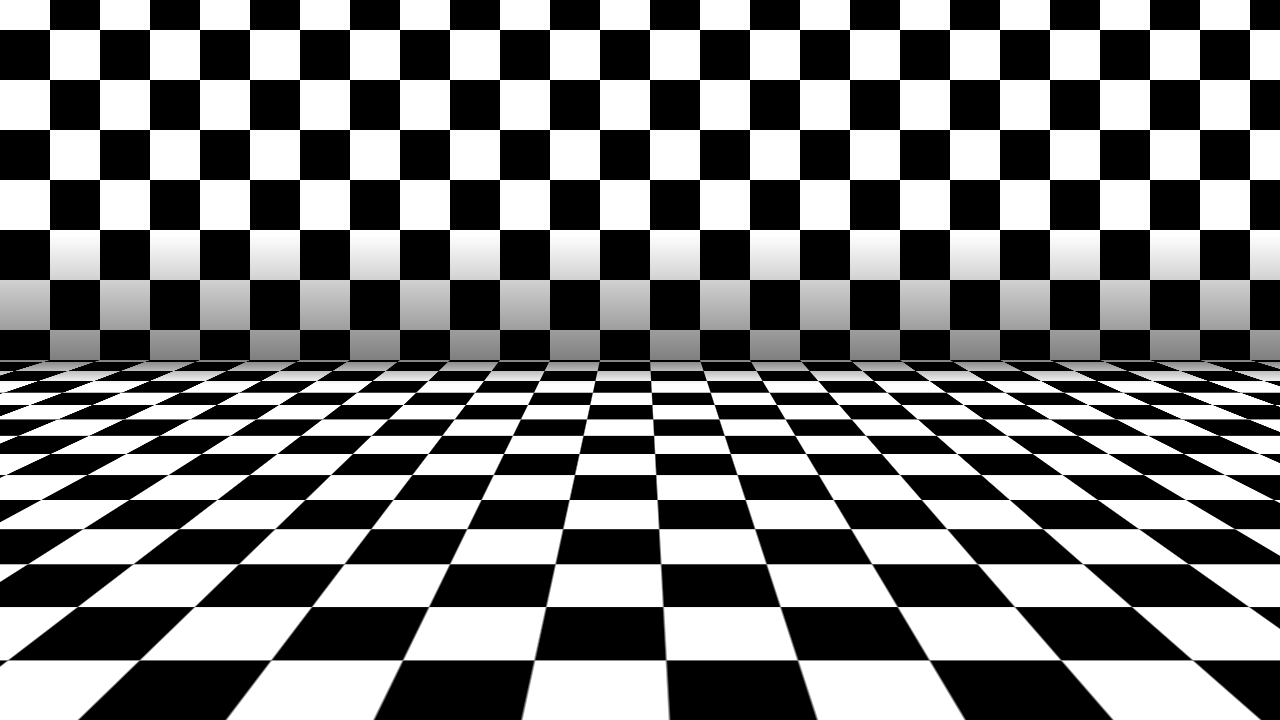
Repository: atwesson/portfoilo
Page: index.html
The author's editor kept a copy of each file at every save. The page is drawn from the files as they stood at one save, then again after the next save.
The browser window is 1280 px wide. The pictures show the whole page.

Above is the page before, as saved 2021-11-17 10:26:03.

After the next save:
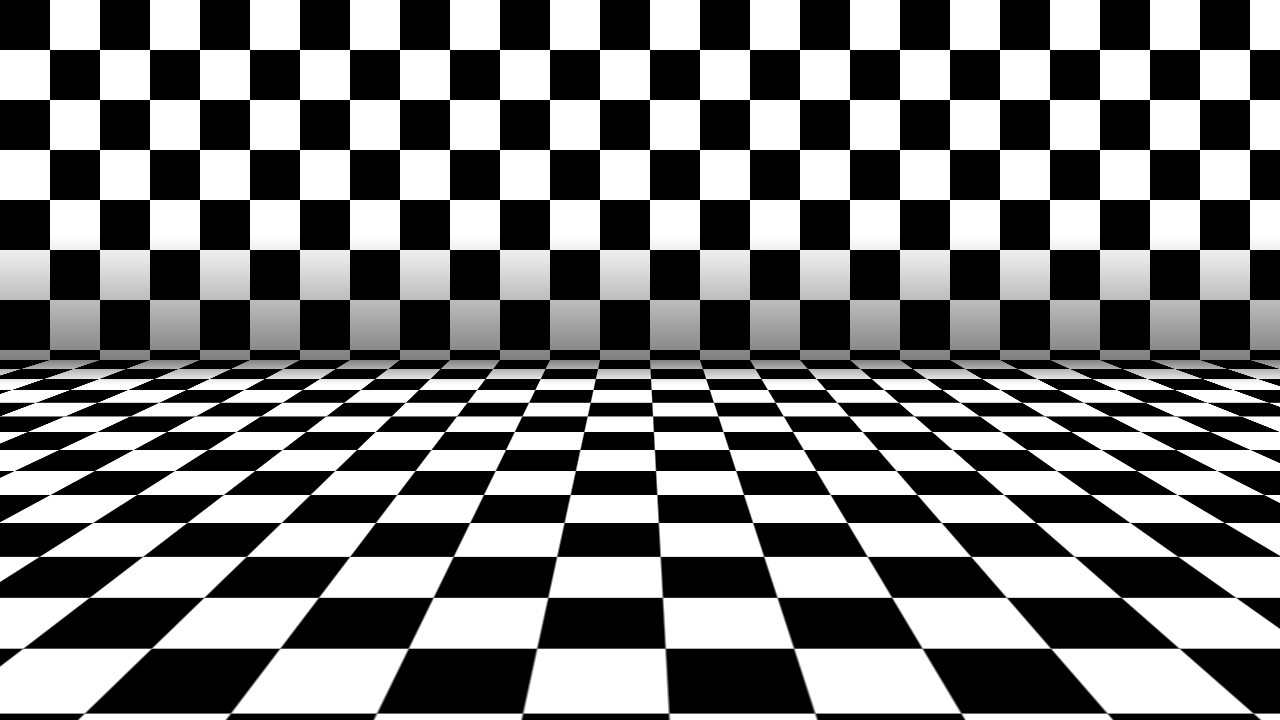
Saved 40 s later.
--- a/style.css
+++ b/style.css
@@ -27,14 +27,7 @@
     background-size: 100px 100px;
     animation: animate 1s linear infinite;
 }
-@keyframes animate{
-    0%{
-        background-position: 0;
-    }
-    100%{
-        background-position: 100px;
-    }
-}
+
 .pattern .face.face2{
     height: 100vh;
     transform-origin: top;

After the 3 saves that followed:
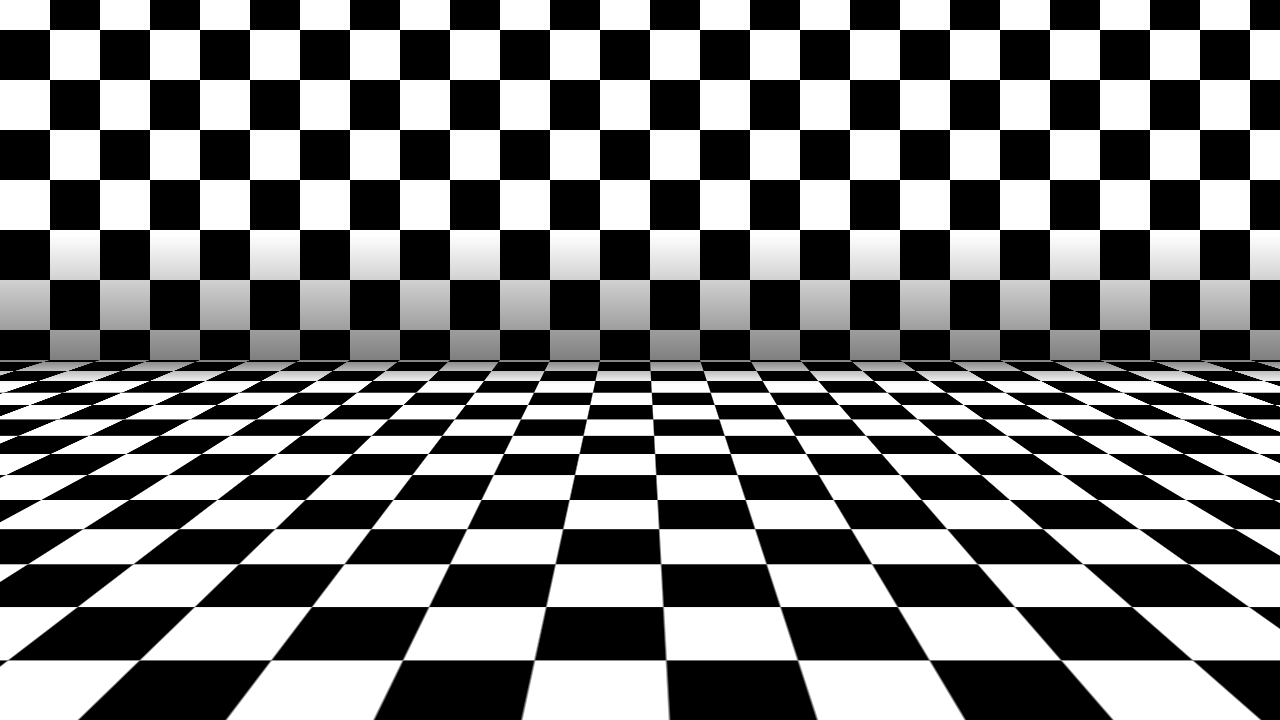
The 3 saves are shown as one change because 2 left the picture as it was.
The last was saved 24 s later.
--- a/style.css
+++ b/style.css
@@ -27,7 +27,14 @@
     background-size: 100px 100px;
     animation: animate 1s linear infinite;
 }
-
+@keyframes animate{
+    0%{
+        background-position: 0;
+    }
+    100%{
+        background-position: 100px;
+    }
+}
 .pattern .face.face2{
     height: 100vh;
     transform-origin: top;
